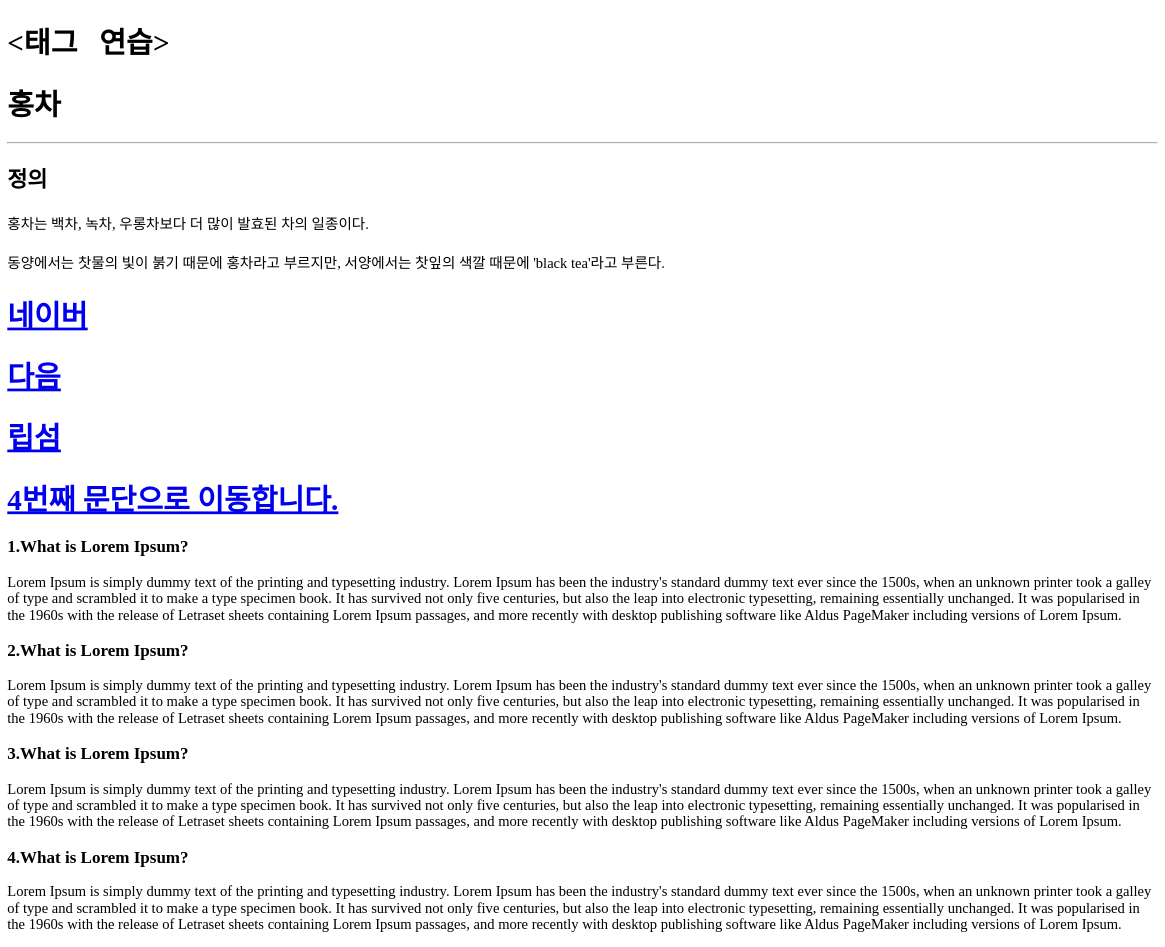
Repository: blinggg/html_git
Page: 0406/ex0406/WebContent/ex03.html
An editor plug-in stored every save of this project. The page is shown before and after the next save, followed by the edit.
The browser window is 1280 px wide. The pictures show the whole page, at 91% of full size.

Above is the page before, as saved 2020-04-06 02:14:21.

### 0406/ex0406/WebContent/ex03.html
<!DOCTYPE html>
<html>
<head>
<meta charset="UTF-8">
<title>연습3</title>
</head>
<body>
	<h1>&lt;태그&nbsp;&nbsp;&nbsp;연습&gt;</h1>
	<h1>홍차</h1>
	<hr/>
	<h2>정의</h2>
	<p>
		홍차는 백차, 녹차, 우롱차보다 더 많이 발효된 차의 일종이다.<br><br>
		동양에서는 찻물의 빛이 붉기 때문에 홍차라고 부르지만, 서양에서는 찻잎의 색깔 때문에 'black tea'라고 부른다.
	</p>
	<h1><a href="http://naver.com">네이버</a></h1>
	<h1><a href="http://daum.net">다음</a></h1>
	<h1><a href="http://lipsum.com">립섬</a></h1>
	<h1><a href="#p4">4번째 문단으로 이동합니다.</a></h1>

		<h3 id="p1">1.What is Lorem Ipsum?</h3>
	<p>
	Lorem Ipsum is simply dummy text of the printing and typesetting industry.
	Lorem Ipsum has been the industry's standard dummy text ever since the 1500s,
	when an unknown printer took a galley of type and scrambled it to make a type specimen book.
	It has survived not only five centuries, but also the leap into electronic typesetting,
	remaining essentially unchanged.
	It was popularised in the 1960s with the release of Letraset sheets containing Lorem Ipsum passages,
	and more recently with desktop publishing software like Aldus PageMaker including versions of Lorem Ipsum.

	</p>
		<h3 id="p2">2.What is Lorem Ipsum?</h3>
	<p>
	Lorem Ipsum is simply dummy text of the printing and typesetting industry.
	Lorem Ipsum has been the industry's standard dummy text ever since the 1500s,
	when an unknown printer took a galley of type and scrambled it to make a type specimen book.
	It has survived not only five centuries, but also the leap into electronic typesetting,
	remaining essentially unchanged.
	It was popularised in the 1960s with the release of Letraset sheets containing Lorem Ipsum passages,
	and more recently with desktop publishing software like Aldus PageMaker including versions of Lorem Ipsum.

	</p>
		<h3>3.What is Lorem Ipsum?</h3>
	<p>
	Lorem Ipsum is simply dummy text of the printing and typesetting industry.
	Lorem Ipsum has been the industry's standard dummy text ever since the 1500s,
	when an unknown printer took a galley of type and scrambled it to make a type specimen book.
	It has survived not only five centuries, but also the leap into electronic typesetting,
	remaining essentially unchanged.
	It was popularised in the 1960s with the release of Letraset sheets containing Lorem Ipsum passages,
	and more recently with desktop publishing software like Aldus PageMaker including versions of Lorem Ipsum.

	</p>
		<h3 id="p4">4.What is Lorem Ipsum?</h3>
	<p>
	Lorem Ipsum is simply dummy text of the printing and typesetting industry.
	Lorem Ipsum has been the industry's standard dummy text ever since the 1500s,
	when an unknown printer took a galley of type and scrambled it to make a type specimen book.
	It has survived not only five centuries, but also the leap into electronic typesetting,
	remaining essentially unchanged.
	It was popularised in the 1960s with the release of Letraset sheets containing Lorem Ipsum passages,
	and more recently with desktop publishing software like Aldus PageMaker including versions of Lorem Ipsum.

	</p>
</body>
</html>

After the next save:
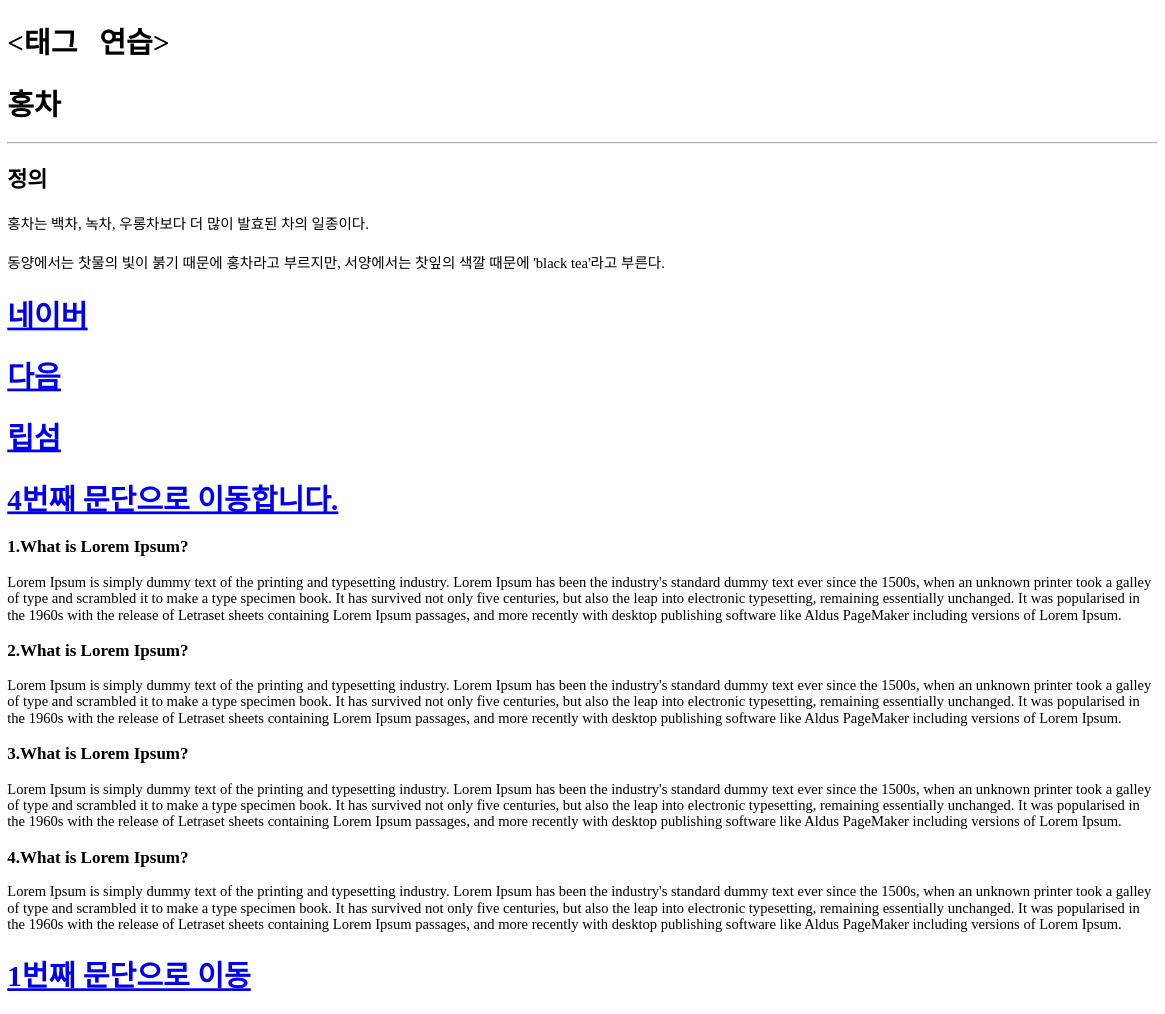
Saved 35 s later.
--- a/0406/ex0406/WebContent/ex03.html
+++ b/0406/ex0406/WebContent/ex03.html
@@ -62,5 +62,7 @@
 	and more recently with desktop publishing software like Aldus PageMaker including versions of Lorem Ipsum.
 
 	</p>
+
+	<h1><a href="#p1">1번째 문단으로 이동</a></h1>
 </body>
 </html>
